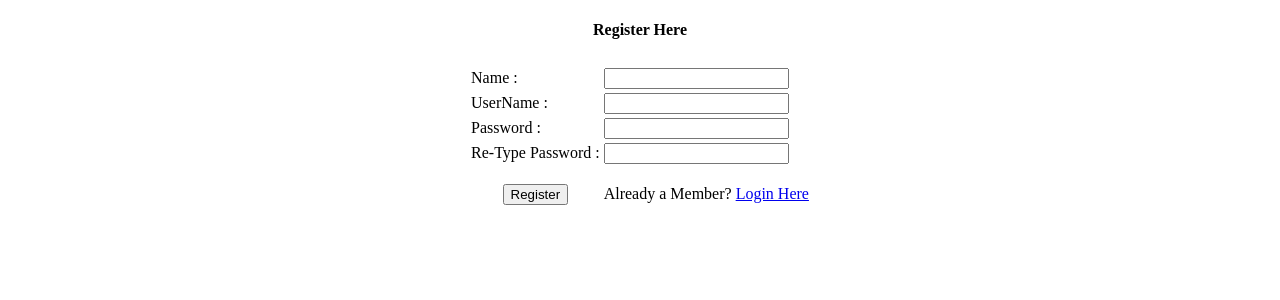
Repository: ShegokarSneha/Login-Registration
Page: http://localhost/LoginRegistration/Register.jsp
The author's editor kept a copy of each file at every save. The page is drawn from the files as they stood at one save, then again after the next save.
The browser window is 1280 px wide. The pictures show the whole page.
The page is served by Tomcat 9. Nobody is signed in. The application's start-up code is not run. Other server files are loaded and not shown.

Above is the page before, as saved 2019-07-09 07:37:16.

### LoginRegistration/WebContent/Register.jsp
<%@ page language="java" contentType="text/html; charset=UTF-8"
	pageEncoding="UTF-8"%>
<!DOCTYPE html>
<html>
<head>
<meta charset="UTF-8">
<title>Insert title here</title>
</head>
<body>
	<center>
	<h4>Register Here</h4>
		<form action="Registration">
			<table>
			<tr>
			<td>${Message}</td>
			<td>${RegistrationMessage}</td>
			</tr>

				<tr>
					<td>Name :</td>
					<td><input type="text" name="name"></td>
				<tr>
					<td>UserName :</td>
					<td><input type="text" name="username"></td>
				<tr>
					<td>Password :</td>
					<td><input type="password" name="password"></td>
				<tr>
					<td>Re-Type Password :</td>
					<td><input type="password" name="repassword"></td>
				<tr>
					<td><p align = "center"><input type="Submit" name="Submit" value="Register">
						</p></td>
						<td>Already a Member? <a href="Login.jsp">Login Here</a></td>
			</table>
		</form>
	</center>
</body>
</html>

After the next save:
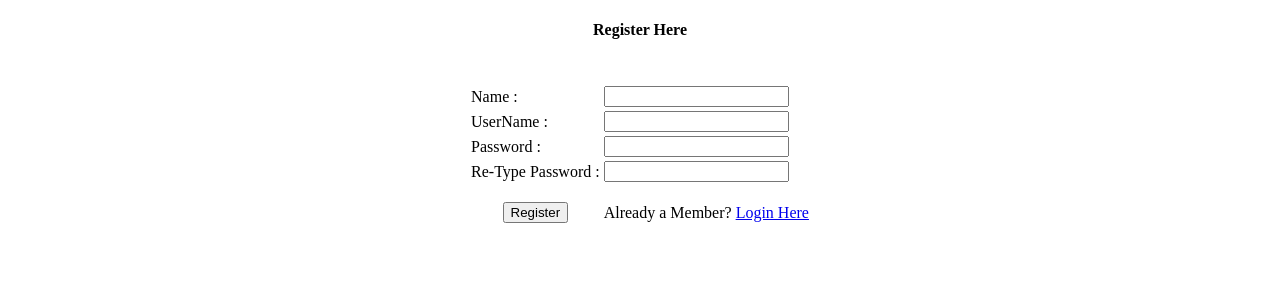
Saved 66 s later.
--- a/LoginRegistration/WebContent/Register.jsp
+++ b/LoginRegistration/WebContent/Register.jsp
@@ -12,8 +12,8 @@
 		<form action="Registration">
 			<table>
 			<tr>
-			<td>${Message}</td>
-			<td>${RegistrationMessage}</td>
+			<td><h3>${Message}</td>
+			<td>${RegistrationMessage}</h3></td>
 			</tr>
 
 				<tr>
